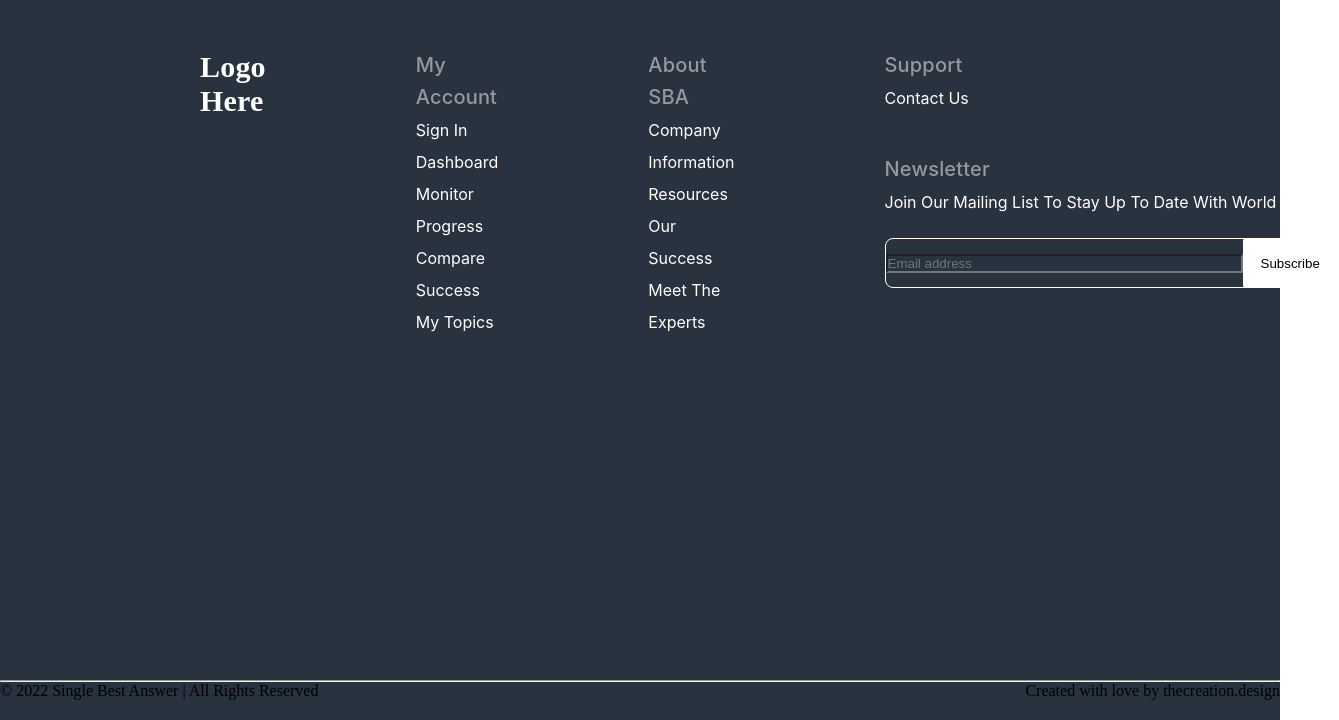
Repository: FaridRustamov09/Final-Task
Page: Pages/connectionPage/index.html
These files come from the project's save history. The page is drawn as it stood at one moment and after the next save; the edit follows.
The browser window is 1280 px wide. The page is 1339 px wide, so the pictures cover 1339 px, including what lies to the right of the window. The pictures show the whole page.
The style sheet was rebuilt from its Sass, Less or Tailwind sources for each picture, by a compiler version that may differ from the author's.

Above is the page before, as saved 2024-07-14 21:03:39.

### Pages/connectionPage/index.html
<!DOCTYPE html>
<html lang="en">
  <head>
    <meta charset="UTF-8" />
    <meta name="viewport" content="width=device-width, initial-scale=1.0" />
    <title>Document</title>
    <link rel="stylesheet" href="index.css" />
  </head>
  <body>
    <div class="container4">
      <div class="helper-box">
        <b>Logo Here</b>
        <ul>
          <li class="title"><b>My Account</b></li>
          <li><a href="#">Sign In</a></li>
          <li><a href="#">Dashboard</a></li>
          <li><a href="#">Monitor Progress</a></li>
          <li><a href="#">Compare Success</a></li>
          <li><a href="#">My Topics</a></li>
        </ul>
        <ul>
          <li class="title"><b>About SBA </b></li>
          <li><a href="#">Company Information</a></li>
          <li><a href="#">Resources</a></li>
          <li><a href="#">Our Success</a></li>
          <li><a href="#">Meet The Experts</a></li>
        </ul>
        <ul>
          <li class="title"><b>Support</b></li>
          <li><a href="#">Contact Us</a></li>
          <li class="title title-4"><b>Newsletter</b></li>
          <li>
            <a href="#">Join our mailing list to stay up to date with world</a>
          </li>
          <li class="subscribe">
            <form action="">
                <input placeholder="Email address" type="email" /><button>
                    Subscribe
                  </button>
            </form>

          </li>
        </ul>
      </div>
      <div class="finish">
        <hr />
        <div class="text-box">
            <p>© 2022 Single Best Answer | All Rights Reserved</p>
            <p>Created with love by thecreation.design</p>
        </div>

      </div>
    </div>
  </body>
</html>

### Pages/connectionPage/index.scss
* {
  margin: 0;
  padding: 0;
  box-sizing: border-box;
}
.container4 {
  background-color: #29323f;
  min-height: 100vh;
  display: flex;
  /* padding: 0 50px; */
  position: relative;
  .helper-box {
    padding-left: 200px;
    padding-top: 50px;
    display: flex;
    b {
      color: var(--White, #fff);
      font-family: Poppins;
      font-size: 30px;
      font-style: normal;
      font-weight: 700;
      line-height: normal;
      letter-spacing: 0.183px;
      text-transform: capitalize;
    }
    ul {
      display: flex;
      flex-direction: column;
      margin-left: 150px;
      .title-4{
        margin-top: 40px;
      }
      .title b {
        opacity: 0.5;
        color: var(--White, #fff);
        font-family: Inter;
        font-size: 20px;
        font-style: normal;
        font-weight: 500;
        line-height: normal;
        margin-bottom: 20px;
        margin-top: 40px;
      }
      li {
        color: var(--White, #fff);
        font-family: Inter;
        font-size: 16px;
        font-style: normal;
        font-weight: 400;
        line-height: 32px;
        text-transform: capitalize;
        list-style-type: none;
        a {
          text-decoration: none;
          color: var(--White, #fff);
          font-family: Inter;
          font-size: 16px;
          font-style: normal;
          font-weight: 400;
          line-height: 32px;
          text-transform: capitalize;
        }
      }
      .subscribe {
        margin-top: 20px;
        form{
          display: flex;
          align-items: center;
          width: 454px;
          height: 50px;
          border-radius: 8px;
          border: 1px solid var(--White, #fff);
        }
        input {
          width: 100%;
          outline: none;
          background: none;
        }
        button {
          background-color: #ffffff;
          width: 120px;
          height: 50px;
          border-radius: 3px;
          border: none;
        }
      }
    }

  }
  .finish {
    width: 100%;
position: absolute;
bottom: 20px;
hr{
  width: 100%;
}
.text-box{
  display: flex;
  align-items: center;
  justify-content: space-between;
}
  }
}

After the next save:
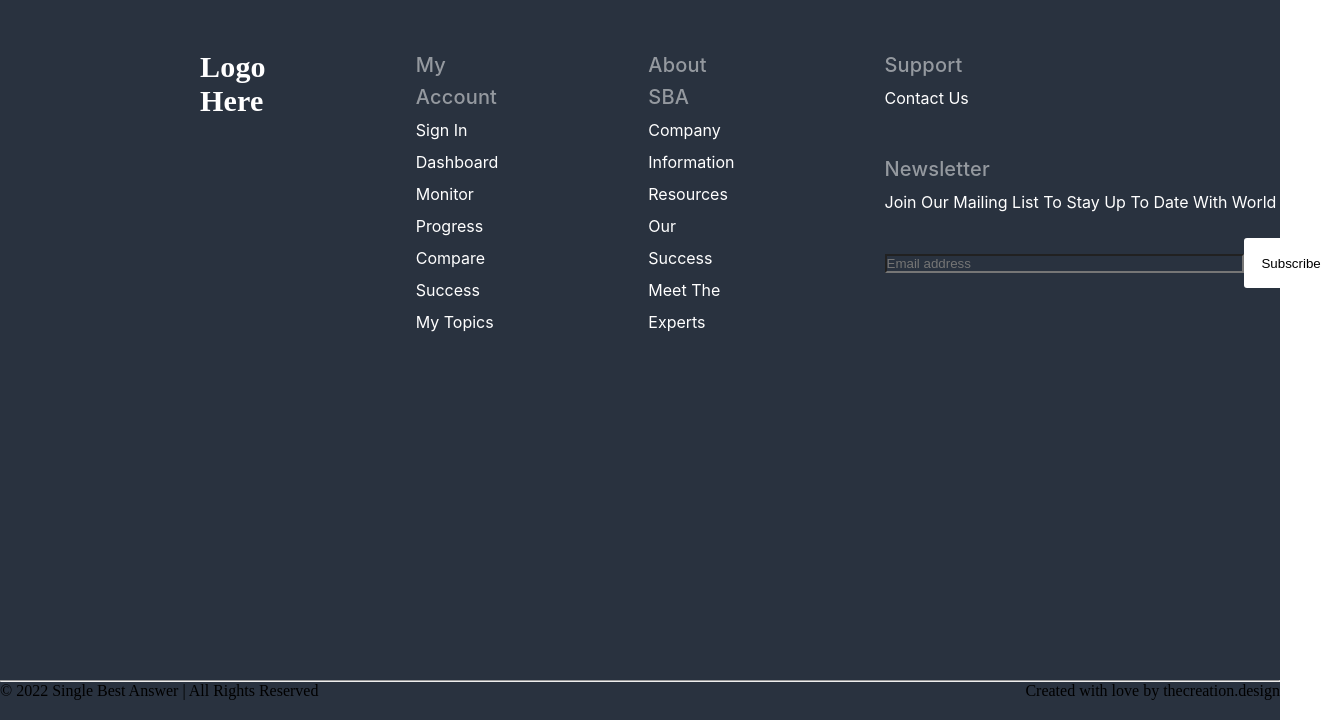
Saved 21 s later.
--- a/Pages/connectionPage/index.scss
+++ b/Pages/connectionPage/index.scss
@@ -69,7 +69,7 @@
           width: 454px;
           height: 50px;
           border-radius: 8px;
-          border: 1px solid var(--White, #fff);
+          /* border: 1px solid var(--White, #fff); */
         }
         input {
           width: 100%;

After the save that followed:
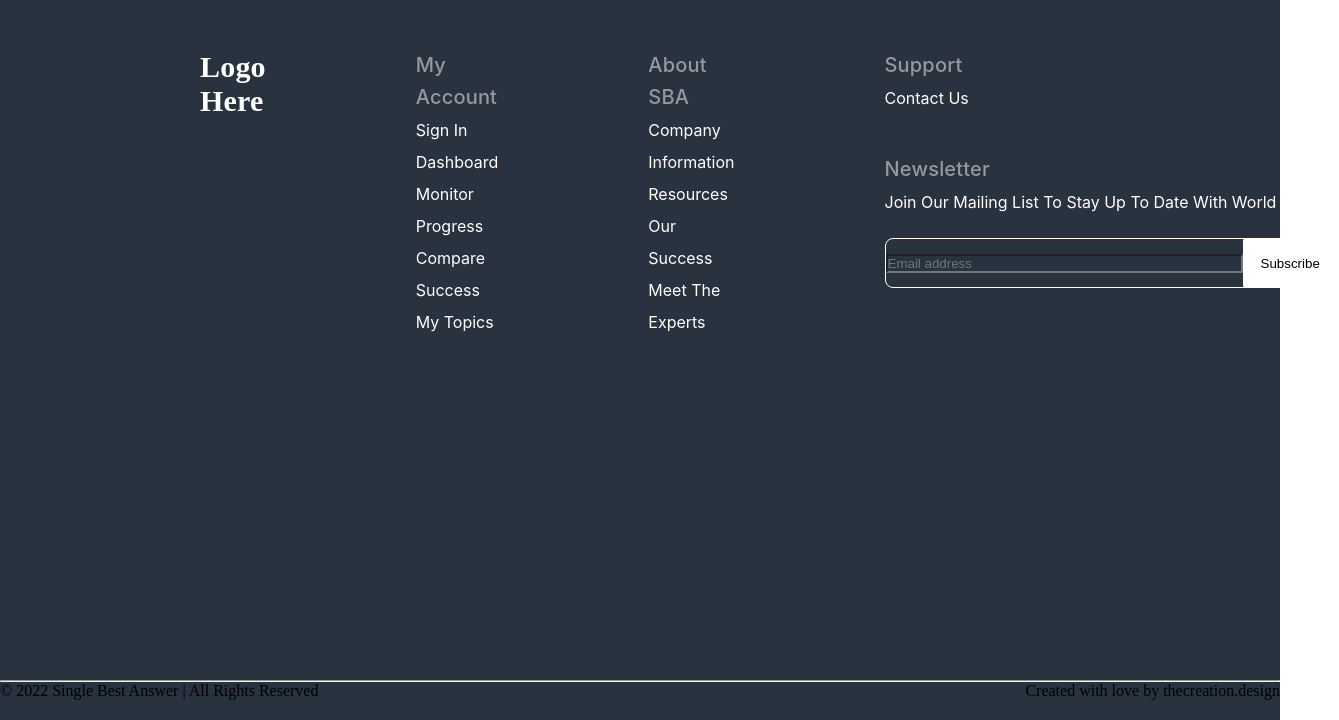
Saved 7 s later.
--- a/Pages/connectionPage/index.scss
+++ b/Pages/connectionPage/index.scss
@@ -69,7 +69,7 @@
           width: 454px;
           height: 50px;
           border-radius: 8px;
-          /* border: 1px solid var(--White, #fff); */
+          border: 1px solid var(--White, #fff);
         }
         input {
           width: 100%;
